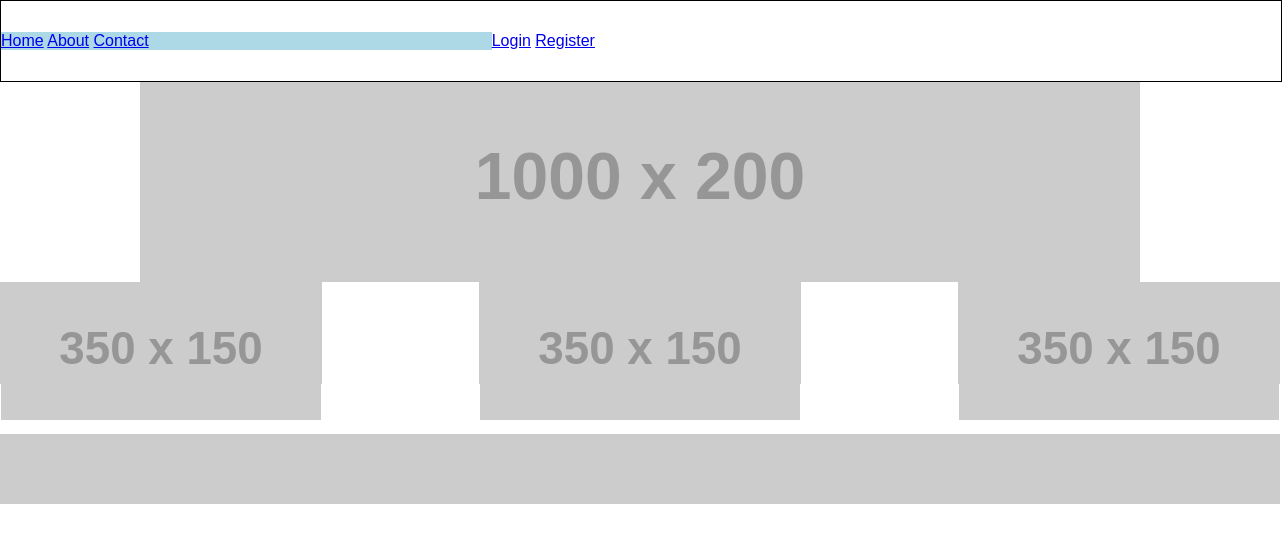
Repository: punitbathija/Placement-Assitance-iNeuron
Page: responsive-web-design.html
An editor plug-in stored every save of this project. The page is shown before and after the next save, followed by the edit.
The browser window is 1280 px wide. The page is 1282 px wide, so the pictures cover 1282 px, including what lies to the right of the window. The pictures show the whole page.

Above is the page before, as saved 2023-05-23 15:18:35.

After the next save:
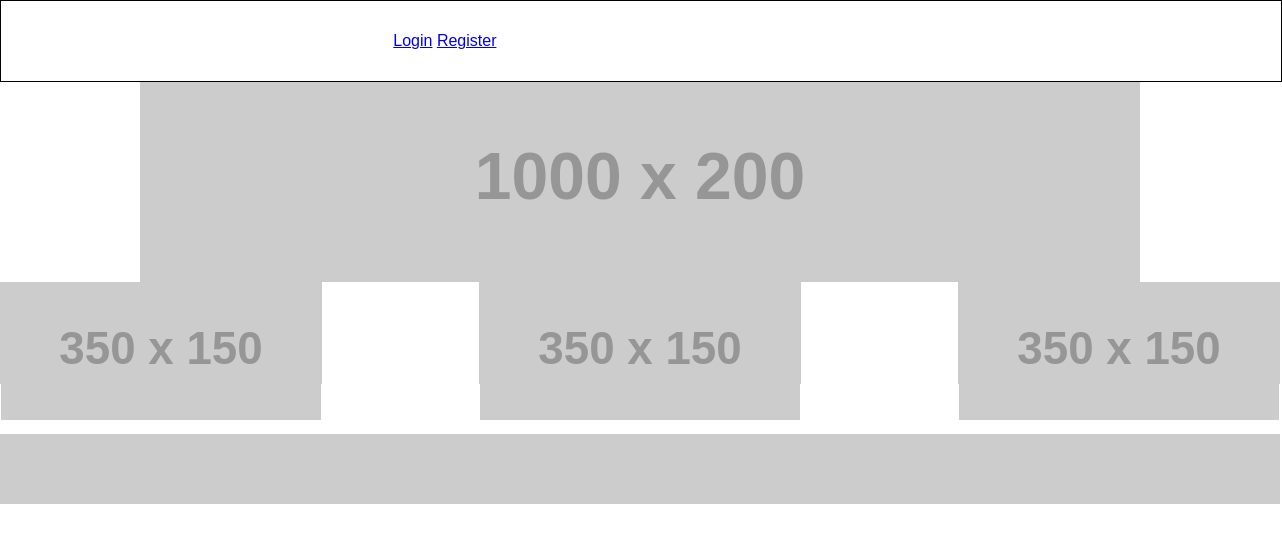
Saved 11 s later.
--- a/responsive-web-design.html
+++ b/responsive-web-design.html
@@ -76,11 +76,7 @@
   <body>
     <div class="container">
       <div class="nav">
-        <div class="nav-left">
-          <a href="#">Home</a>
-          <a href="#">About</a>
-          <a href="#">Contact</a>
-        </div>
+        <div class="nav-left"></div>
         <div class="nav-right">
           <a href="#">Login</a>
           <a href="#">Register</a>
